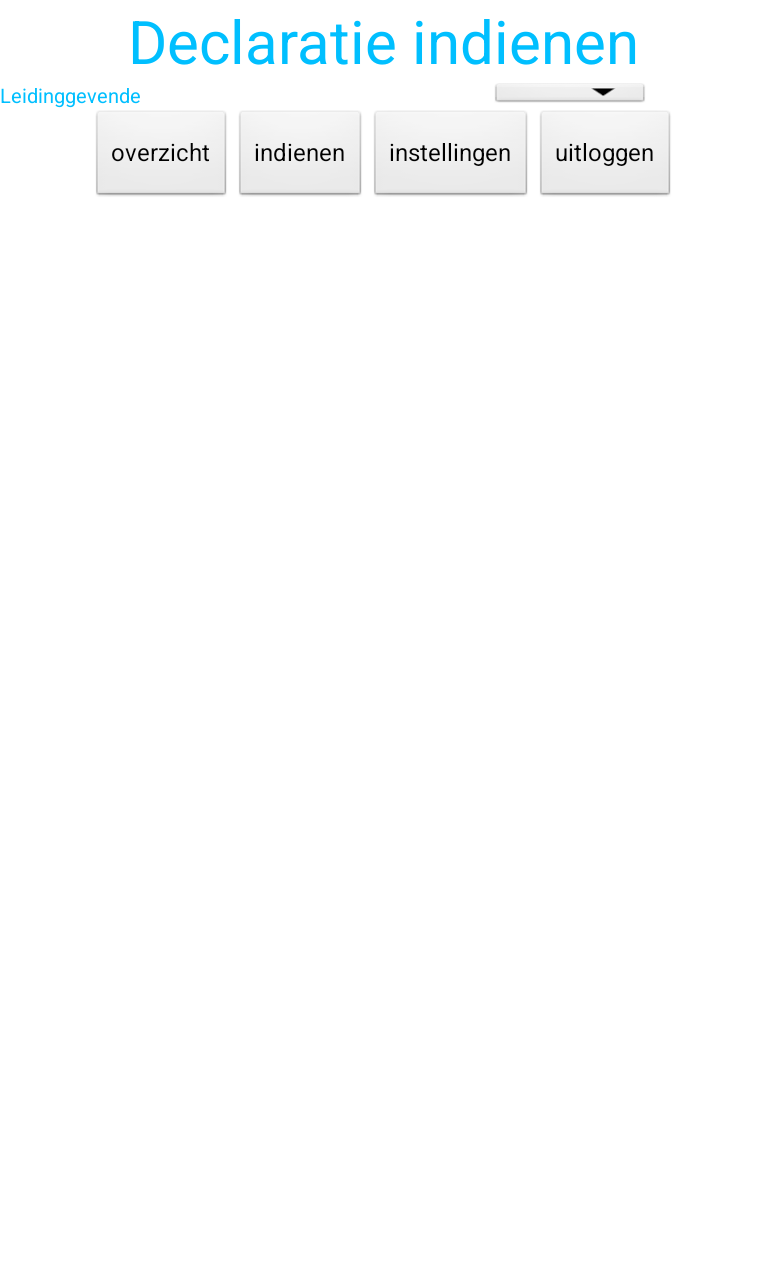
Repository: alexanderbolhuis/ilmoitus_mobile
Layout: LoginActivity/res/layout/activity_declare.xml
These files come from the project's save history. The layout is drawn as it stood at one moment and after the next save; the edit follows.
It is drawn on a 768 x 1280 px phone screen (xhdpi) without system bars, with theme AppTheme; the app's code is not run.

Above is the layout before, as saved 2014-05-04 19:02:15.

After the next save:
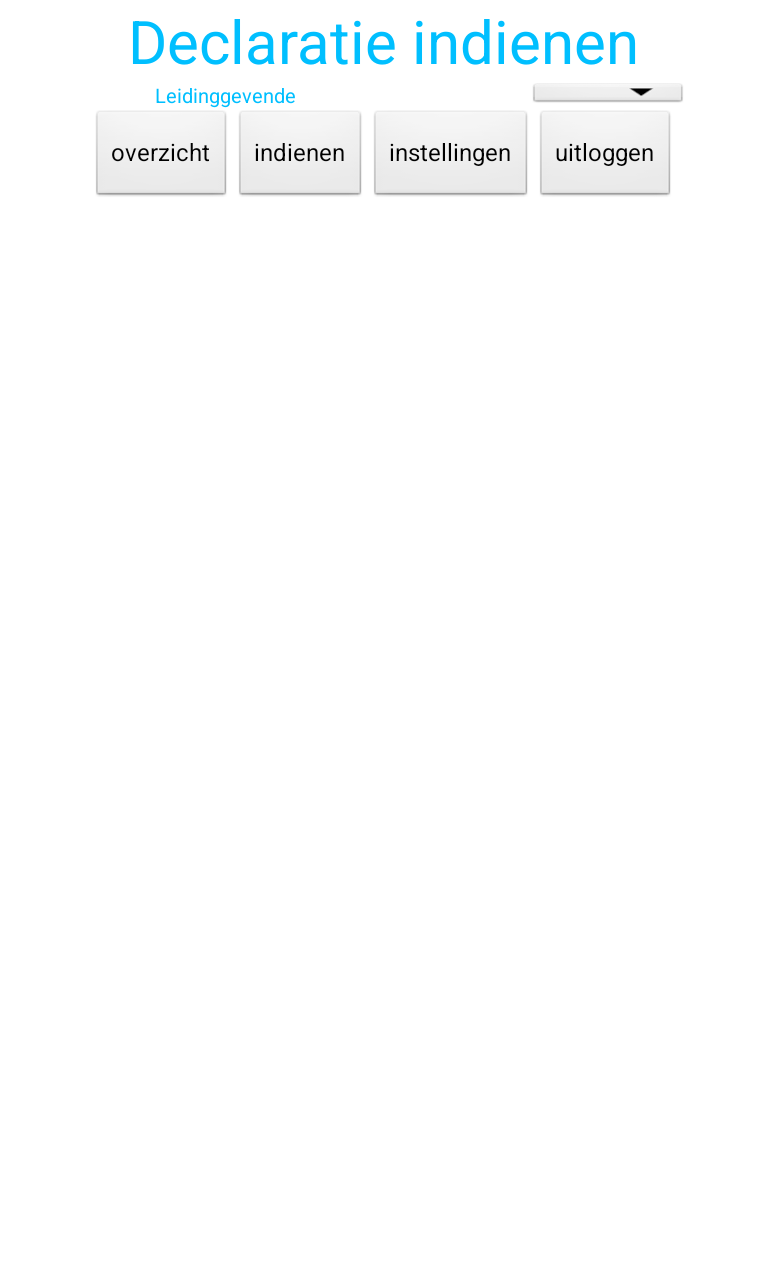
Saved 75 s later.
--- a/LoginActivity/res/layout/activity_declare.xml
+++ b/LoginActivity/res/layout/activity_declare.xml
@@ -30,6 +30,9 @@
 
             <TextView
 		        android:text="Leidinggevende"
+		        android:layout_width="wrap_content"
+		        android:layout_height="wrap_content"
+		        android:layout_column="1"
 		        android:textColor="#00BFFF"
 		        android:textSize="10dp" />
 
